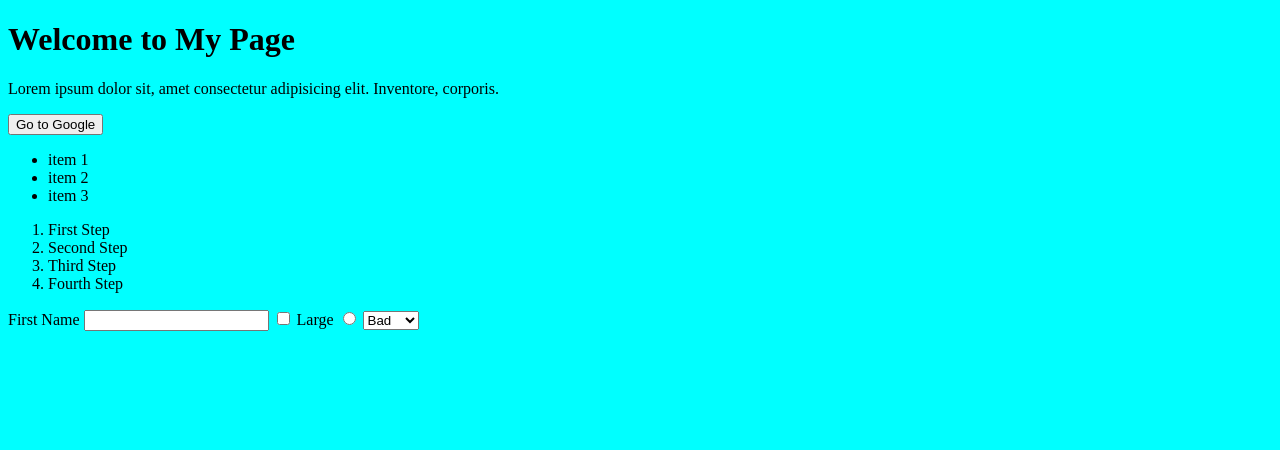
Repository: cs-fullstack-2020-spring/javascript-classes-cw-Awhit-commits
Page: index.html
The author's editor kept a copy of each file at every save. The page is drawn from the files as they stood at one save, then again after the next save.
The browser window is 1280 px wide. The pictures show the whole page.

Above is the page before, as saved 2021-01-06 12:10:43.

### index.html
<!DOCTYPE html>
<html lang="en">

<head>
    <meta charset="UTF-8">
    <meta name="viewport" content="width=device-width, initial-scale=1.0">
    <title>Document</title>
    <link rel="stylesheet" href="style.css">
</head>

<body>
    <h1>Welcome to My Page</h1>
    <div class ="blackBorder" id = "redText">
    <p>Lorem ipsum dolor sit, amet consectetur adipisicing elit. Inventore, corporis.</p>
    </div>

   <div class="blackBorder"><a href="https://google.com"><button> Go to Google</button></a>

    <ul>
        <li>item 1 </li>
        <li>item 2 </li>
        <li>item 3 </li>
    </ul>

    <ol>
        <li>First Step</li>
        <li>Second Step</li>
        <li>Third Step</li>
        <li>Fourth Step</li>
    </ol>
    <label for="firstName">First Name</label>
    <input type="text" name="firstName" id="">
    <input type="checkbox" name="" id="">
    <label for="large">Large</label>
    <input type="radio" name="large" id="">

    <select name="" id="">
        <option value="">Bad</option>
        <option value="">Good</option>
        <option value="">Great</option>
    </select>
    </div>
</body>

</html>

### style.css
div{
    border: 1% black solid ;
}
body{
    background-color: aqua;
}

After the next save:
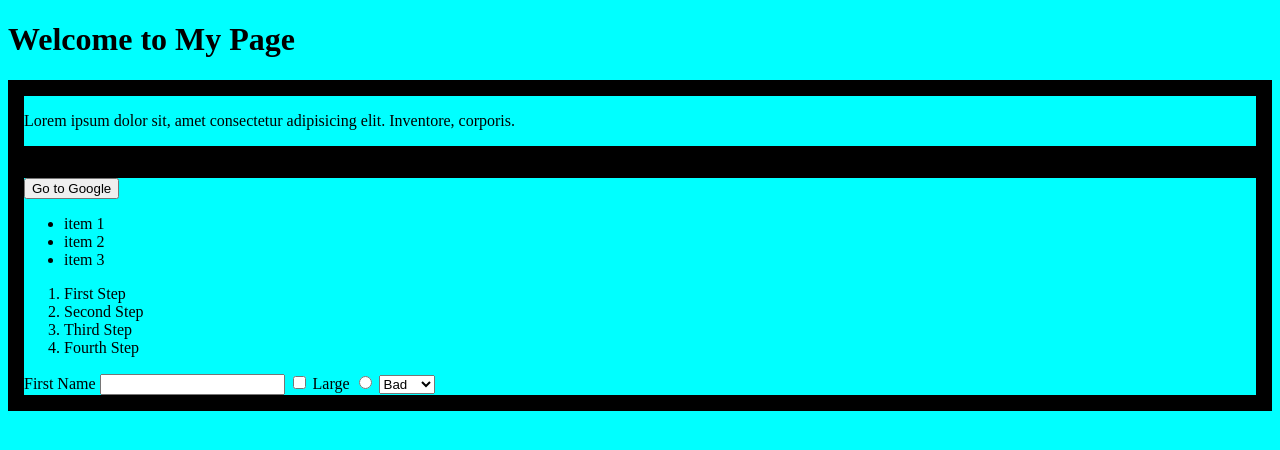
Saved 7 s later.
--- a/style.css
+++ b/style.css
@@ -1,5 +1,5 @@
 div{
-    border: 1% black solid ;
+    border: 1rem black solid ;
 }
 body{
     background-color: aqua;
